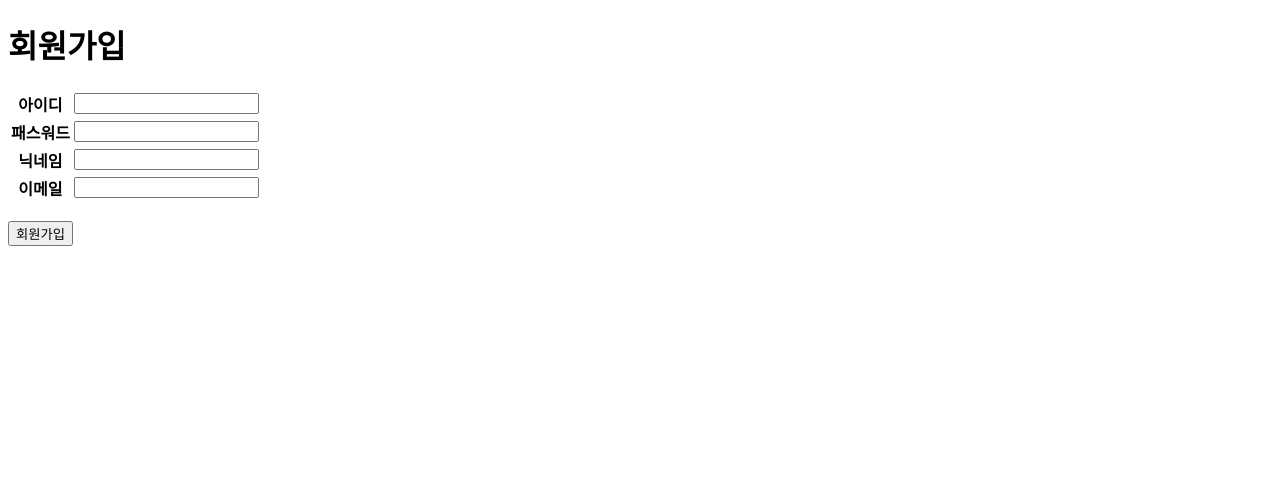
Repository: ChimmyWorld/JSP
Page: http://localhost/Day50/quiz2/signUp.jsp
An editor plug-in stored every save of this project. The page is shown before and after the next save, followed by the edit.
The browser window is 1280 px wide. The pictures show the whole page.
The page is served by Tomcat 9. Other server files are loaded and not shown.

Above is the page before, as saved 2023-09-21 00:09:13.

### Day50/WebContent/quiz2/signUp.jsp
<%@ page language="java" contentType="text/html; charset=UTF-8"
    pageEncoding="UTF-8"%>
<!DOCTYPE html>
<html>
<head>
<meta charset="UTF-8">
<title>signUp.jsp</title>
</head>
<body>
	<h1>회원가입</h1>

<form action="signUp.jsp" method="POST">
	<table class="accounts">
		<tr>
			<th>아이디</th>
			<td><input name="userid" required></td>
		</tr>
		<tr>
			<th>패스워드</th>
			<td><input type="password" name="userpw" required></td>
		</tr>
		<tr>
			<th>닉네임</th>
			<td><input name="nick" required></td>
		</tr>
		<tr>
			<th>이메일</th>
			<td><input type="email" name="email"></td>
		</tr>
	</table>

	<br>

	<button>회원가입</button>
</form>

</body>
</html>

### Day50/WebContent/quiz2/header.jsp
<%@page import="beans.AccountVO"%>
<%@ page language="java" contentType="text/html; charset=UTF-8"
    pageEncoding="UTF-8"%>
<!DOCTYPE html>
<html>
<head>
<meta charset="UTF-8">
<title>header.jsp</title>

<link rel="stylesheet" href="../css/style.css">
</head>
<body>
	<jsp:useBean id="dao" class="model.AccountDAO"/>

	<%
		AccountVO user = (AccountVO)session.getAttribute("user");

		String login = "logout";
		String myPage = "myPage";

		if (user == null) {
			user = new AccountVO();
			user.setNick("현재 로그인 중이 아닙니다.");

			login = "login";
			myPage ="";
		}
	%>

	<h1><a href="home.jsp">Quiz02</a></h1>

	<nav>
		<ul class="menu">
			<li><a href="home.jsp">home</a></li>
			<li><a href="<%=login %>.jsp"><%=login %></a></li>
			<li><a href="myPage.jsp">myPage</a>
			<li><a href="signUp.jsp">signUp</a>
		</ul>
	</nav>

	<hr>
	<div>현재 로그인 : <%=user.getNick() %></div>
	<hr>

</body>
</html>

### Day50/src/model/DAO.java
package model;

import java.sql.Connection;
import java.sql.PreparedStatement;
import java.sql.ResultSet;
import java.sql.SQLException;
import java.sql.Statement;

import javax.naming.Context;
import javax.naming.InitialContext;
import javax.naming.NamingException;
import javax.sql.DataSource;

public class DAO {
	protected Context ct;
	protected DataSource ds;

	protected Connection conn;
	protected Statement stmt;
	protected PreparedStatement pstmt;
	protected ResultSet rs;

	public DAO() {
		try {
			ct = new InitialContext();
			ds = (DataSource) ct.lookup("java:comp/env/jdbc/oracle");



		} catch (NamingException e) {
			System.err.println("생성자 예외" + e.getMessage());
		} finally {
			close();
		}

	}

	protected void close() {
		try {
			if (rs != null) rs.close();
			if (pstmt != null) pstmt.close();
			if (stmt != null) stmt.close();
			if (conn != null) conn.close();

		} catch (Exception e) {}
	}

	public String test() {
		String sql = "select banner from v$version";
		try {
			conn = ds.getConnection();
			stmt = conn.createStatement();
			rs = stmt.executeQuery(sql);

			rs.next();

			return rs.getString("banner");

		} catch (SQLException e) {
			System.err.println("test 예외 :" + e.getMessage());
		} finally {
			close();
		}

		return null;
	}
}

### Day50/src/model/AccountDAO.java
package model;

import java.sql.ResultSet;
import java.sql.SQLException;
import java.util.ArrayList;
import java.util.List;

import beans.AccountVO;

public class AccountDAO extends DAO{

	private AccountVO mapper(ResultSet rs) throws SQLException{
		AccountVO row = new AccountVO();

		row.setEmail(rs.getString("email"));
		row.setIdx(rs.getInt("idx"));
		row.setJoin_date(rs.getDate("join_date"));
		row.setNick(rs.getString("nick"));
		row.setUserid(rs.getString("userid"));
		row.setUserpw(rs.getString("userpw"));

		return row;
	}

	public List<AccountVO> selectAll(){
		String sql = "select * from account";

		try {
			conn = ds.getConnection();
			stmt = conn.createStatement();
			rs = stmt.executeQuery(sql);

			List<AccountVO> list = new ArrayList<>();

			while (rs.next()) {
				AccountVO row = mapper(rs);
				list.add(row);
			}

			return list;
		} catch(SQLException e) {
			System.err.println("selectAll 예외" + e.getMessage());
		} finally {
			close();
		}
		return null;
	}

	public AccountVO selectOne(AccountVO input) {
		String sql = "select * "
				+ "from account where "
				+ "userid = ? "
				+ "and userpw = ?";

		try {
			conn = ds.getConnection();
			pstmt = conn.prepareStatement(sql);

			pstmt.setString(1, input.getUserid());
			pstmt.setString(2, input.getUserpw());

			rs = pstmt.executeQuery();
			rs.next();

			AccountVO row = mapper(rs);

			return row;
		} catch (SQLException e) {
			System.err.println("selectOne 예외 " + e.getMessage());
		} finally {
			close();
		}
		return null;
	}

}

### Day50/src/beans/AccountVO.java
package beans;
/*
 IDX       NOT NULL NUMBER
USERID    NOT NULL VARCHAR2(20)
USERPW    NOT NULL VARCHAR2(20)
NICK      NOT NULL VARCHAR2(100)
EMAIL     NOT NULL VARCHAR2(100)
JOIN_DATE          DATE
 */

import java.sql.Date;

public class AccountVO {
	private int idx;
	private String userid;
	private String userpw;
	private String nick;
	private String Email;
	private Date join_date;
	public int getIdx() {
		return idx;
	}
	public void setIdx(int idx) {
		this.idx = idx;
	}
	public String getUserid() {
		return userid;
	}
	public void setUserid(String userid) {
		this.userid = userid;
	}
	public String getUserpw() {
		return userpw;
	}
	public void setUserpw(String userpw) {
		this.userpw = userpw;
	}
	public String getNick() {
		return nick;
	}
	public void setNick(String nick) {
		this.nick = nick;
	}
	public String getEmail() {
		return Email;
	}
	public void setEmail(String email) {
		Email = email;
	}
	public Date getJoin_date() {
		return join_date;
	}
	public void setJoin_date(Date join_date) {
		this.join_date = join_date;
	}





}

### Day50/WebContent/css/style.css
@charset "UTF-8";
a{
	color: inherit;
	text-decoration: none;
}
a:hover{
	text-decoration: underline;
}
nav {
	display: flex;
	justify-content: space-between;
}
.menu {
	list-style: none;
	padding: 0;
	display: flex;
}
.menu > li {
	margin: 0 10px;
}
.accounts{
	border-collapse: collapse;
}
.accounts th, .accounts td {
	border: 1px solid #a0a0a0;
	padding: 5px 10px;
}

After the next save:
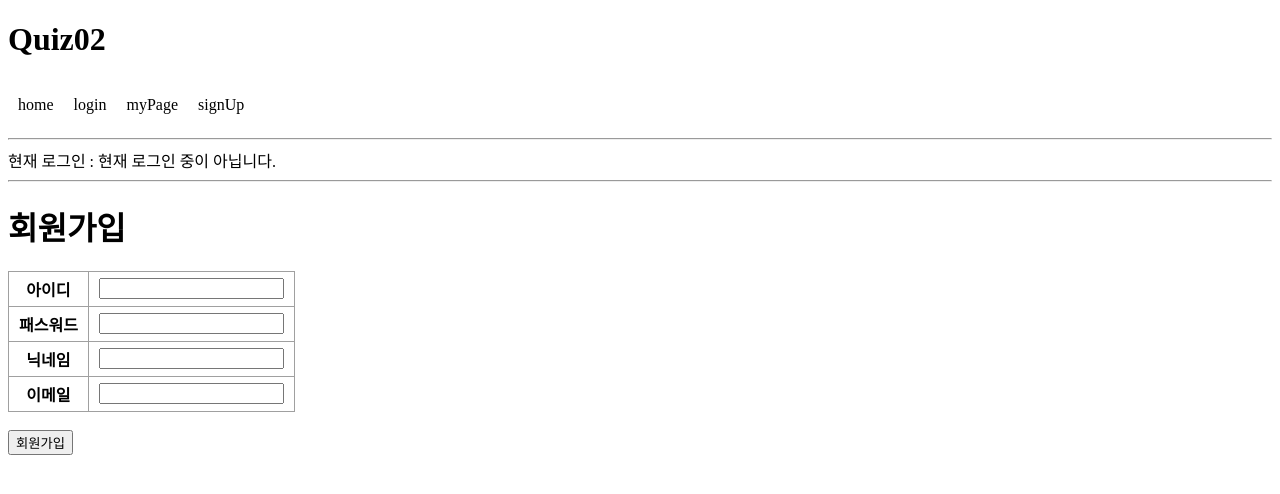
Saved 82 s later.
--- a/Day50/WebContent/quiz2/signUp.jsp
+++ b/Day50/WebContent/quiz2/signUp.jsp
@@ -1,11 +1,6 @@
 <%@ page language="java" contentType="text/html; charset=UTF-8"
     pageEncoding="UTF-8"%>
-<!DOCTYPE html>
-<html>
-<head>
-<meta charset="UTF-8">
-<title>signUp.jsp</title>
-</head>
+<%@ include file="header.jsp" %>
 <body>
 	<h1>회원가입</h1>
 
